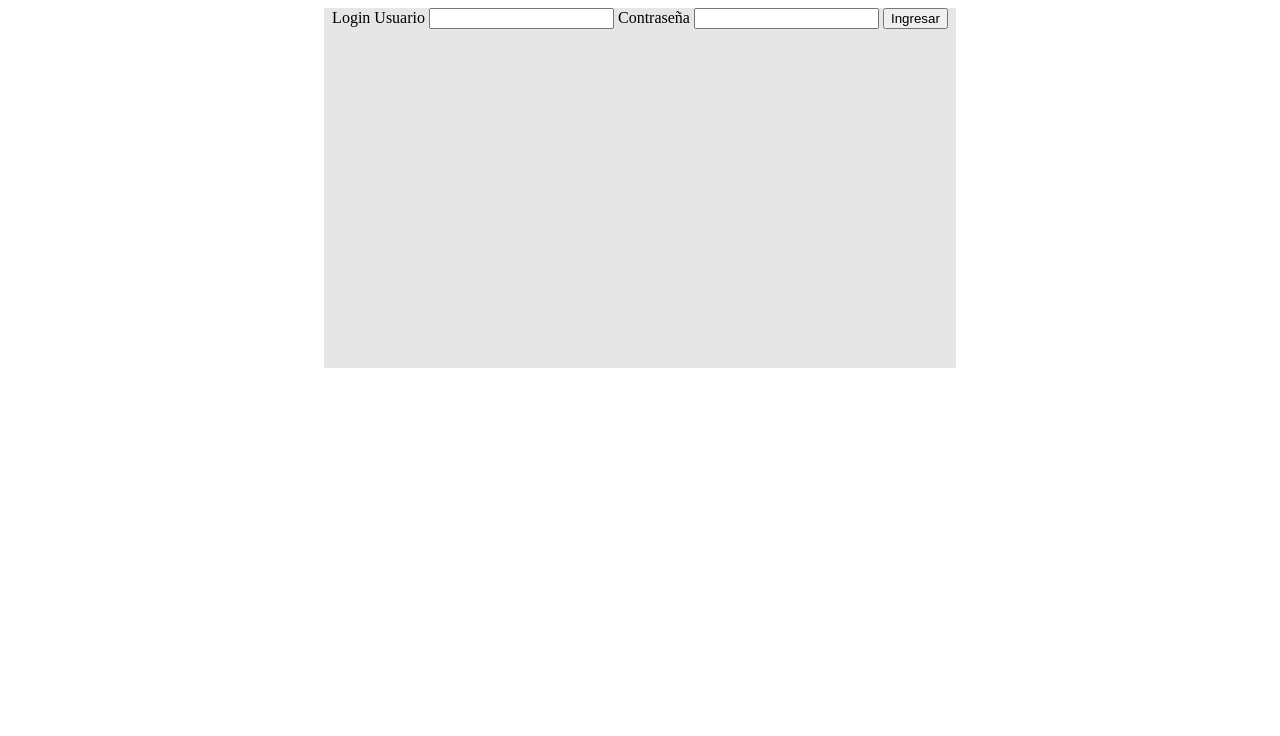
Repository: juanmondragonc/torre-project
Page: http://localhost/torre/login.jsp
These files come from the project's save history. The page is drawn as it stood at one moment and after the next save; the edit follows.
The browser window is 1280 px wide. The pictures show the whole page.
The page is served by Tomcat 9.

Above is the page before, as saved 2022-08-10 20:21:06.

After the next save:
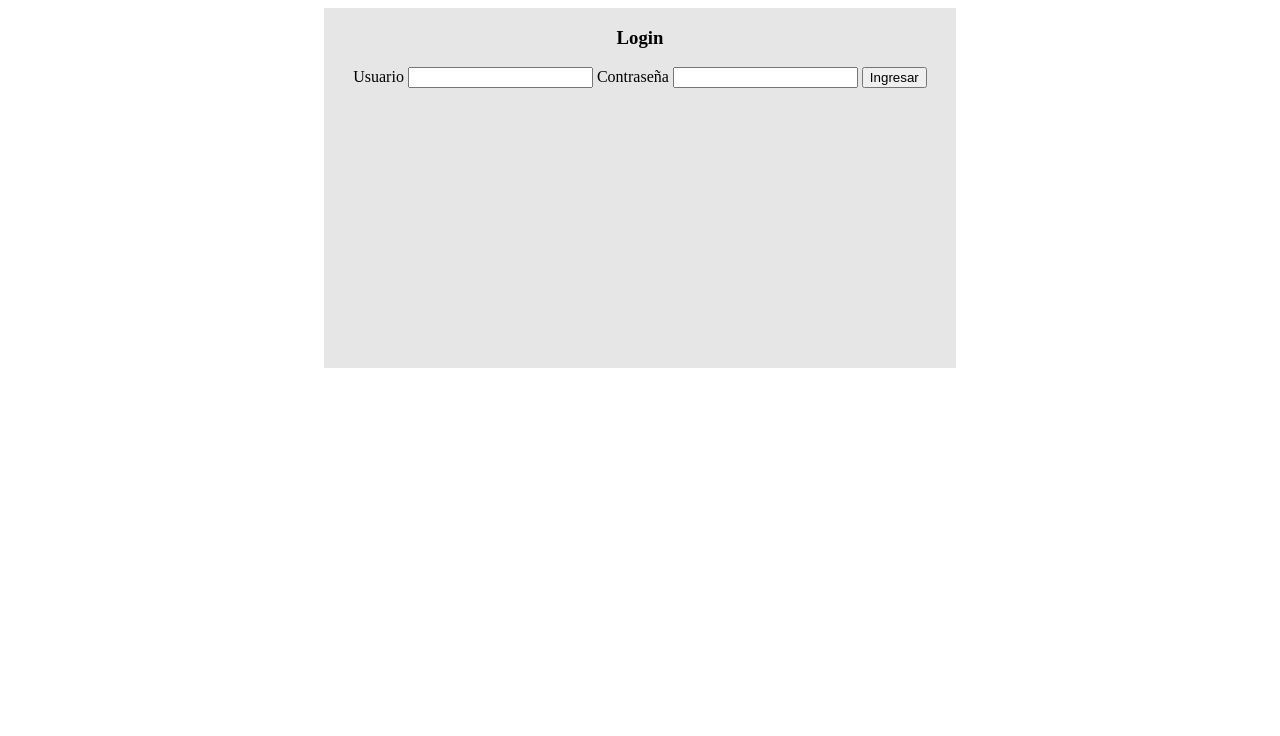
Saved 2 min 28 s later.
--- a/torre/src/main/webapp/login.jsp
+++ b/torre/src/main/webapp/login.jsp
@@ -11,7 +11,7 @@
 	<div class="container">
 		<div class="center">
 			<form method="post" action="login">
-				<label>Login</label>
+				<h3>Login</h3>
 				<label for="username">Usuario</label>
 				<input id="username" name="username" type="text"/>
 				<label for="password">Contraseña</label>
